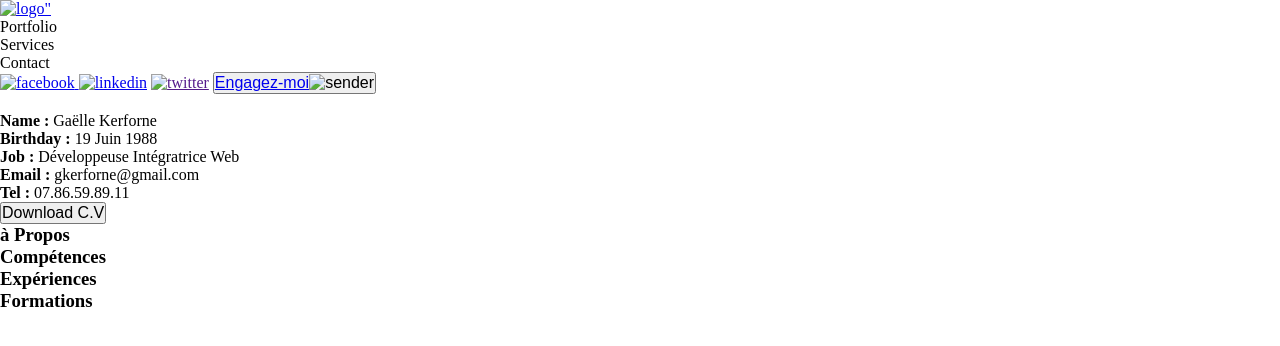
Repository: helfina/my_SiteWeb_gaelle-kfe
Page: index.html
The author's editor kept a copy of each file at every save. The page is drawn from the files as they stood at one save, then again after a run of saves.
The browser window is 1280 px wide. The pictures show the whole page.

Above is the page before, as saved 2020-11-08 12:39:05.

### index.html
<!DOCTYPE html>
<html lang="en">
<head>
    <meta charset="UTF-8">
    <meta name="viewport" content="width=device-width, initial-scale=1.0">
       <title>Gaëlle Kerforne étudiante Freelances</title>

       <link rel="stylesheet" href="assets/css/style.css" type="text/css">

</head>
<body>
    <!-- ----------------------------------------------------------
                                HEADER
    ---------------------------------------------------------- -->
    <header>
        <nav>
            <a href="index.html"><img src="" alt=logo"></a>
            <ul>
                <li><a href=""></a>Portfolio</li>
                <li><a href=""></a>Services</li>
                <li><a href=""></a>Contact</li>
            </ul>
            <a href="https://www.facebook.com/kerforne.gaelle.9"><img src="" alt="facebook"><i</a>
            <a href="https://www.linkedin.com/in/ga%C3%ABlle-kerforne/"><img src="" alt="linkedin"></a>
            <a href=""><img src="" alt="twitter"></a>

            <button><a href="mailto:gkerforne@gmail.com">Engagez-moi</a><img src="" alt="sender"></button>

        </nav>
    </header>
    <main>
        <section>
            <h1></h1>
            <h2></h2>
            <img src="" alt="">
            <ul>
                <li><strong>Name : </strong> Gaëlle Kerforne</li>
                <li><strong>Birthday : </strong> 19 Juin 1988</li>
                <li><strong> Job : </strong> Développeuse Intégratrice Web</li>
                <li><a href="mailto:gkerforne@gmail.com"></a><strong>Email : </strong> gkerforne@gmail.com</li>
                <li><a href="tel:0786598911"></a><strong>Tel : </strong>07.86.59.89.11</li>
            </ul>
            <button><a href="" download=""></a>Download C.V</button>
        </section>
        <section>

            <div>
                <article>
                    <h3>à Propos</h3>
                </article>
            </div>

            <div>
            <article>
                <h3>Compétences</h3>
            </article>
        </div>
            <div>

                <article>
                    <h3>Expériences</h3>
                </article>
            </div>
            <div>
                <article>
                    <h3>Formations</h3>
                </article>
            </div>
        </section>
    </main>
</body>
</html>

### assets/css/style.css
/*
                    RESET CSS
*/
* {
  margin: 0;
  padding: 0;
  outline: 0;
  box-sizing: border-box;
}

body {
 background: white;
 color: black;
 -webkit-font-smoothing: antialiased;
}

body, input, button {
 font-size: medium;
 font-family: ;
}

button {
 cursor: pointer;
}
/*
                   Index
*/

After the next 4 saves:
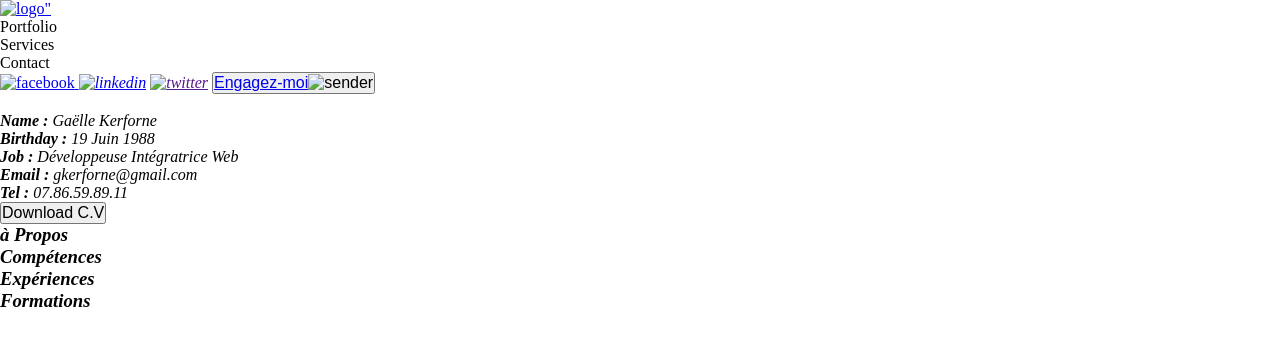
The 4 saves are shown as one change because they came seconds apart.
The last was saved 22 s later.
--- a/index.html
+++ b/index.html
@@ -20,7 +20,7 @@
                 <li><a href=""></a>Services</li>
                 <li><a href=""></a>Contact</li>
             </ul>
-            <a href="https://www.facebook.com/kerforne.gaelle.9"><img src="" alt="facebook"><i</a>
+            <a href="https://www.facebook.com/kerforne.gaelle.9"><img src="" alt="facebook"><i class="fa"</a>
             <a href="https://www.linkedin.com/in/ga%C3%ABlle-kerforne/"><img src="" alt="linkedin"></a>
             <a href=""><img src="" alt="twitter"></a>
 

After the 3 saves that followed:
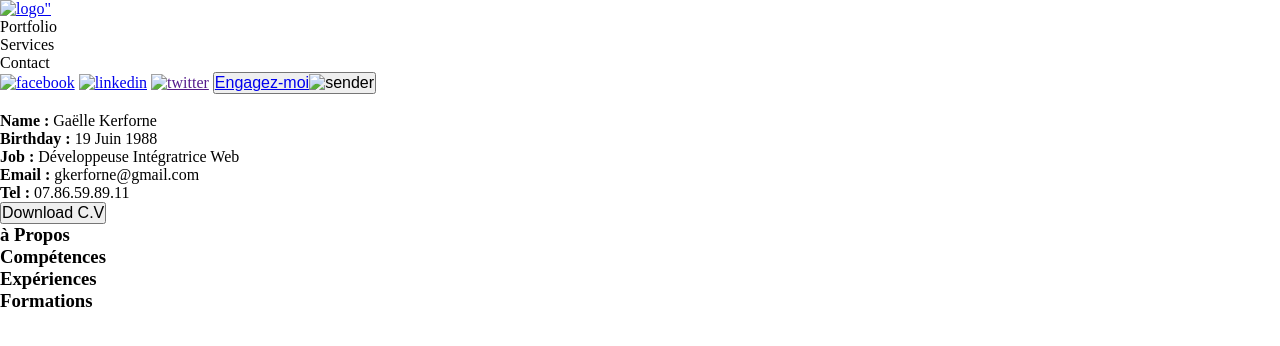
The 3 saves are shown as one change because they came seconds apart.
The last was saved 29 s later.
--- a/index.html
+++ b/index.html
@@ -20,7 +20,7 @@
                 <li><a href=""></a>Services</li>
                 <li><a href=""></a>Contact</li>
             </ul>
-            <a href="https://www.facebook.com/kerforne.gaelle.9"><img src="" alt="facebook"><i class="fa"</a>
+            <a href="https://www.facebook.com/kerforne.gaelle.9"><img src="" alt="facebook"><i class></i></a>
             <a href="https://www.linkedin.com/in/ga%C3%ABlle-kerforne/"><img src="" alt="linkedin"></a>
             <a href=""><img src="" alt="twitter"></a>
 
